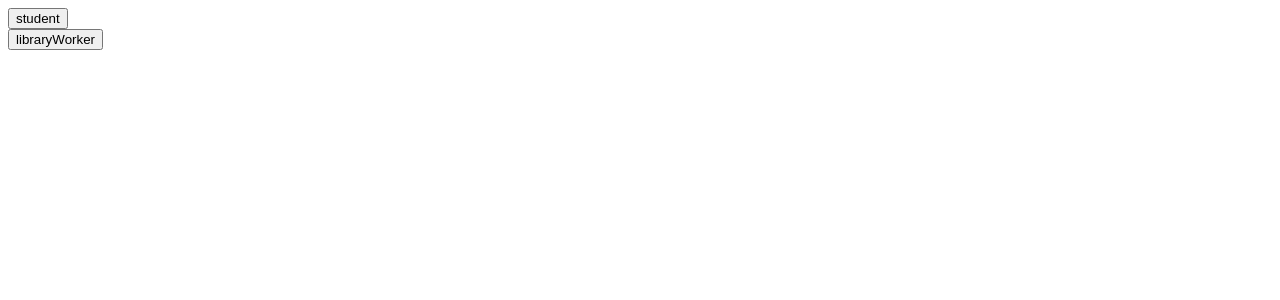
Repository: shulamitProjects/Java
Page: http://localhost/ProjectLibary/
The author's editor kept a copy of each file at every save. The page is drawn from the files as they stood at one save, then again after the next save.
The browser window is 1280 px wide. The pictures show the whole page.
The page is served by Tomcat 10.

Above is the page before, as saved 2024-01-26 06:27:55.

After the next save:
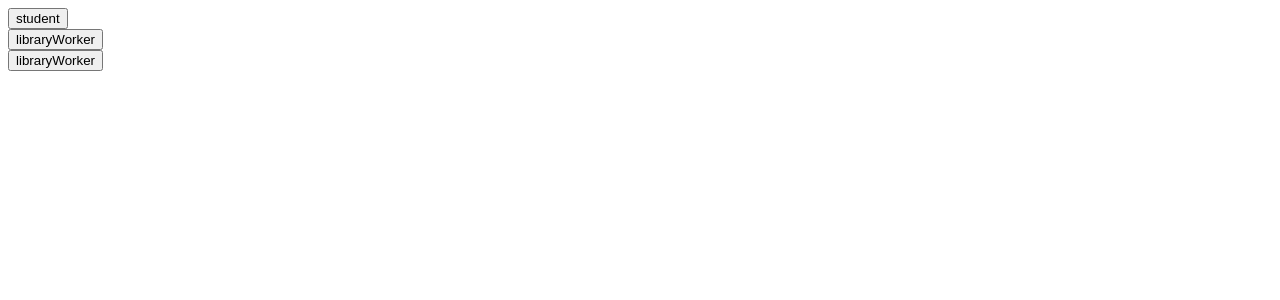
Saved 18 s later.
--- a/project/project_25-01/ProjectLibary/src/main/webapp/HomePage.jsp
+++ b/project/project_25-01/ProjectLibary/src/main/webapp/HomePage.jsp
@@ -10,6 +10,10 @@
 	<input type="submit" value="student"></td>
 </form>
 
+<form method="post" action="/ProjectLibary/LoginTeacher.jsp">
+	<input type="submit"  value="libraryWorker"></td>
+</form>
+
 <form method="post" action="/ProjectLibary/LoginWorker.jsp">
 	<input type="submit"  value="libraryWorker"></td>
 </form>
